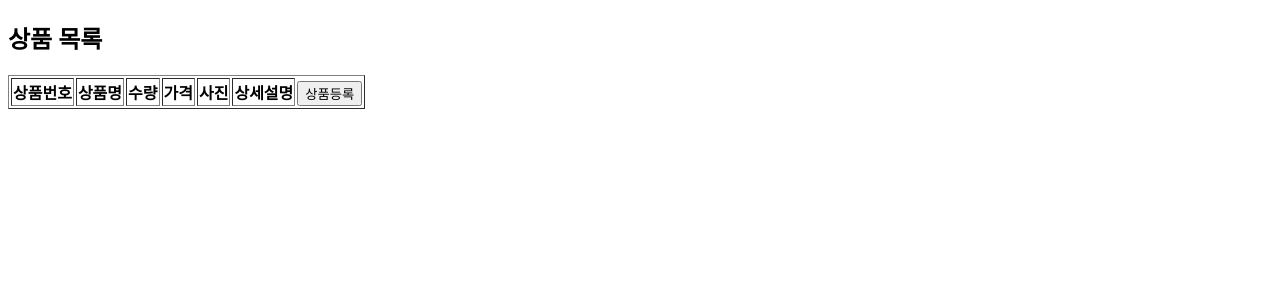
Repository: 0hmuse/day0330-2
Page: bitshop/src/main/resources/static/goods/goodslist2.html
These files come from the project's save history. The page is drawn as it stood at one moment and after the next save; the edit follows.
The browser window is 1280 px wide. The pictures show the whole page.
The page's requests for data from a server got no answer.

Above is the page before, as saved 2020-03-27 07:55:43.

### bitshop/src/main/resources/static/goods/goodslist2.html
<!DOCTYPE html>
<html>
<head>
<meta charset="EUC-KR">
<title>Insert title here</title>
<script type="text/javascript" src="https://code.jquery.com/jquery-3.4.1.min.js"></script>
<script type="text/javascript">
$(function(){
	var arr;
	var idx;

	//처음 접속하면 모든 리스트 출력
	listAll()

	//모든리스트 메소드
	function listAll(){
		var th1 = $("<th>상품번호</th>");
		var th2 = $("<th>상품명</th>");
		var th3 = $("<th>수량</th>");
		var th4 = $("<th>가격</th>");
		var th5 = $("<th>사진</th>");
		var th6 = $("<th>상세설명</th>");
		var btn = $("<button id='btnAdd'>상품등록</button>")
		$("#tb").append(th1,th2,th3,th4,th5,th6,btn);
		$.getJSON("/listAll",function(data){
			arr = data;
			$.each(data,function(idx,goods){

				var tr = $("<tr></tr>").attr("idx",idx);
				var no = $("<td></td>").html(goods.no);
				var item = $("<td></td>").html(goods.item)
				var qty = $("<td></td>").html(goods.qty);
				var price = $("<td></td>").html(goods.price);
				var img = $("<img/>").attr({"src":"/img/"+goods.fname, "width":100, "height":100});
				var fname = $("<td></td>").append(img);
				var detail = $("<td></td>").html(goods.detail);
				var btnDel = $("<button>삭제</button>");
				var aDel = $("<td></td>").append(btnDel);
				tr.append(no,item,qty,price,fname,detail,aDel);
				$("#tb").append(tr);
			});
		});
	}


	$("#btnAdd").on("click",function(){
		$("#tb").empty();
		var th1 = $("<th>상품번호</th>");
		var th2 = $("<th>상품명</th>");
		var th3 = $("<th>수량</th>");
		var th4 = $("<th>가격</th>");
		var th5 = $("<th>사진</th>");
		var th6 = $("<th>상세설명</th>");
		$("#tb").append(th1,th2,th3,th4,th5,th6);
		var i_no = $("<td><input type=text id='no' name='id'></td>")
		var i_item = $("<td><input type=text id='item' name='item'></td>")
		var i_qty = $("<td><input type=text id='qty' name='qty'></td>")
		var i_price = $("<td><input type=text id='price' name='price'></td>")
		var i_fname = $("<td><input type=file id='fname' name='fname'></td>")
		var i_detail = $("<td><input type=text id='detail' name='detail'></td>")
		var i_btn = $("<button id='add'>등록</button>");

		var title = $("#title").html("상품등록");
		var i_tr = $("<tr></tr>").append(i_no,i_item,i_qty,i_price,i_fname,i_detail,i_btn);
		$("#tb").append(i_tr);

		$("#add").on("click",function(){
			//var data = $("#f").serialize();
			var data = {no:i_no,item:i_item,qty:i_qty,price:i_price,fname:i_fname,detial:i_detail};
			alert(data);
			$.ajax("/insert",{data:data,success:function(r){
				alert(r);
			}})
		})
	})

});
</script>
</head>
<body>
<h2 id="title">상품 목록</h2>
<form id="f">
	<table id="tb" border="1">

	</table>
</form>


</body>
</html>

After the next save:
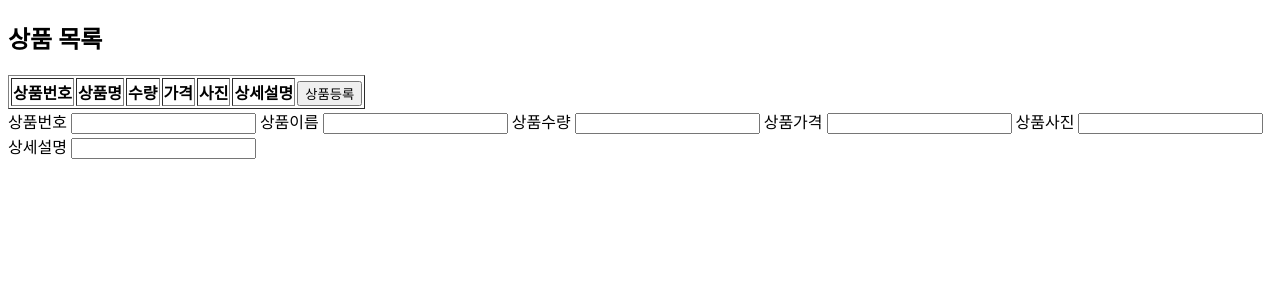
Saved 6 min 1 s later.
--- a/bitshop/src/main/resources/static/goods/goodslist2.html
+++ b/bitshop/src/main/resources/static/goods/goodslist2.html
@@ -81,8 +81,13 @@ $(function(){
 <h2 id="title">상품 목록</h2>
 <form id="f">
 	<table id="tb" border="1">
-
 	</table>
+	상품번호 <input type="text" id="no" name="no">
+	상품이름 <input type="text" id="item" name="item">
+	상품수량 <input type="text" id="qty" name="qty">
+	상품가격 <input type="text" id="price" name="price">
+	상품사진 <input type="text" id="fname" name="fname">
+	상세설명 <input type="text" id="detail" name="detail">
 </form>
 
 
